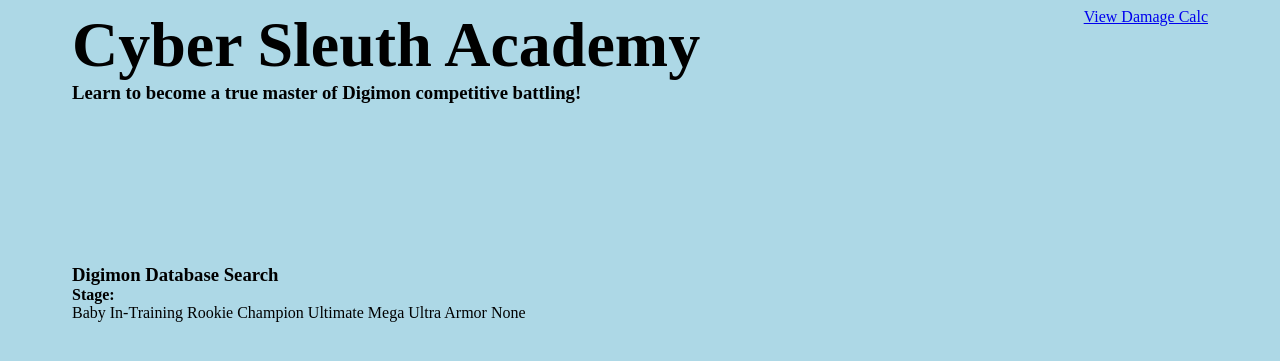
Repository: KTaylor264/Bootcamp-Solo-Project
Page: http://localhost/cyber-sleuth-academy/WEB-INF/index.jsp
The author's editor kept a copy of each file at every save. The page is drawn from the files as they stood at one save, then again after the next save.
The browser window is 1280 px wide. The pictures show the whole page.
The page is served by Tomcat 9. Nobody is signed in. Other server files are loaded and not shown. The template is opened directly, without the code that normally fills it, so the values that code supplies are empty.

Above is the page before, as saved 2023-03-18 23:25:28.

### cyber-sleuth-academy/src/main/webapp/WEB-INF/index.jsp
<%@ page language="java" contentType="text/html; charset=ISO-8859-1"
    pageEncoding="ISO-8859-1"%>
<%@ taglib prefix="c" uri="http://java.sun.com/jsp/jstl/core" %>
<!DOCTYPE html>
<html>
<head>
<meta charset="ISO-8859-1">
<link rel="stylesheet" href="/css/main.css"/>
<title>Cyber Sleuth Academy</title>
</head>
<body>
	<div class="container">
		<div class="top-header">
			<div>
				<h1 class="big-header">Cyber Sleuth Academy</h1>
				<h3>Learn to become a true master of Digimon competitive battling!</h3>
			</div>
			<div>
				<a href="${pageContext.servletContext.contextPath}/hmcalc/">View Damage Calc</a>
			</div>
		</div>
		<div class="">

		</div>
		<div class="">
			<h3>Digimon Database Search</h3>
			<div>
				<h4>Stage: </h4>
				<label>Baby</label>
				<label>In-Training</label>
				<label>Rookie</label>
				<label>Champion</label>
				<label>Ultimate</label>
				<label>Mega</label>
				<label>Ultra</label>
				<label>Armor</label>
				<label>None</label>

			</div>
		</div>
	</div>
   	 <script src="js/home-script.js"></script>
</body>
</html>

### cyber-sleuth-academy/src/main/resources/static/css/main.css
@charset "ISO-8859-1";

* {
	margin: 0;
	padding: 0;
}

html {
	background-color: lightblue;
}

body {
	min-height: 100vh;
}

.container {
	margin: 0 4em;
	padding: 0.5em;
}

.top-header {
	display: flex;
	justify-content: space-between;
	margin-bottom: 10em;
}

.big-header {
	font-size: 4em;
}

Loaded but not shown: cyber-sleuth-academy/src/main/resources/static/js/home-script.js (common file)

After the next save:
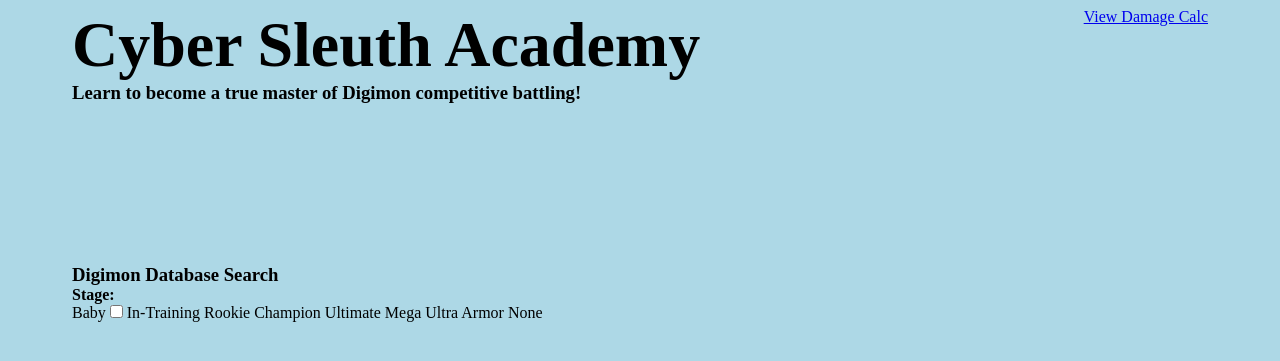
Saved 94 s later.
--- a/cyber-sleuth-academy/src/main/webapp/WEB-INF/index.jsp
+++ b/cyber-sleuth-academy/src/main/webapp/WEB-INF/index.jsp
@@ -27,6 +27,7 @@
 			<div>
 				<h4>Stage: </h4>
 				<label>Baby</label>
+				<input type="checkbox" id="" onchange=""/>
 				<label>In-Training</label>
 				<label>Rookie</label>
 				<label>Champion</label>
